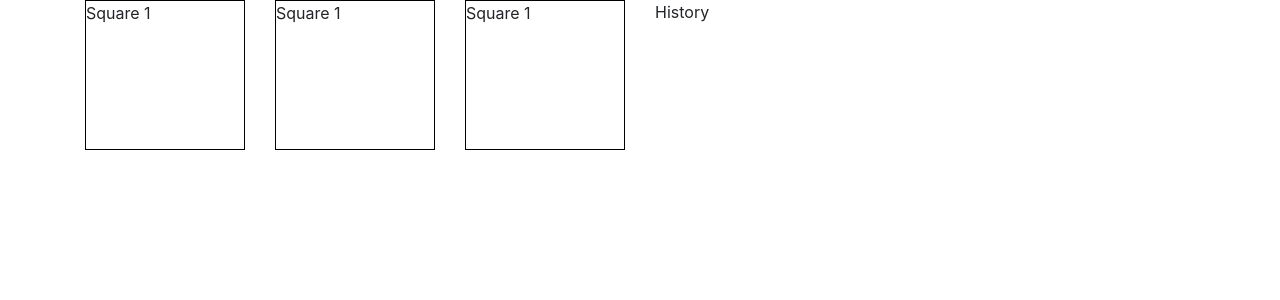
Repository: tts2610/Tic-Tac_Toe
Page: /
An editor plug-in stored every save of this project. The page is shown before and after a run of saves, followed by the edit.
The browser window is 1280 px wide. The pictures show the whole page.
The project was rebuilt for these pictures with package versions that can differ from the ones it lists, and the page was loaded fresh each time.

Above is the page before, as saved 2020-06-02 11:11:53.

After the next 2 saves:
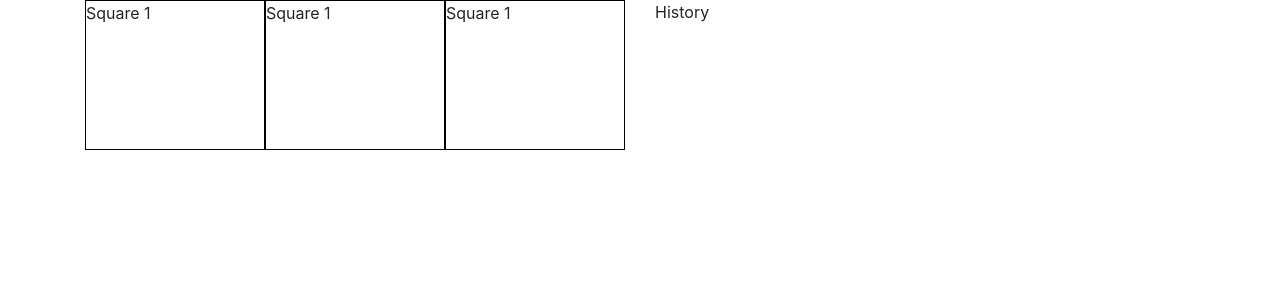
The 2 saves are shown as one change because 1 did not build or start.
The last was saved 3 min 5 s later.
--- a/src/components/Board.js
+++ b/src/components/Board.js
@@ -6,14 +6,14 @@ import * as mySetting from "../settings";
 export default class Board extends Component {
   render() {
     return (
-      <Row style={mySetting.row}>
-        <Col sm={4} style={mySetting.col}>
+      <Row style={mySetting.styles.row}>
+        <Col sm={4} style={mySetting.styles.col}>
           <Square />
         </Col>
-        <Col sm={4} style={mySetting.col}>
+        <Col sm={4} style={mySetting.styles.col}>
           <Square />
         </Col>
-        <Col sm={4} style={mySetting.col}>
+        <Col sm={4} style={mySetting.styles.col}>
           <Square />
         </Col>
       </Row>
